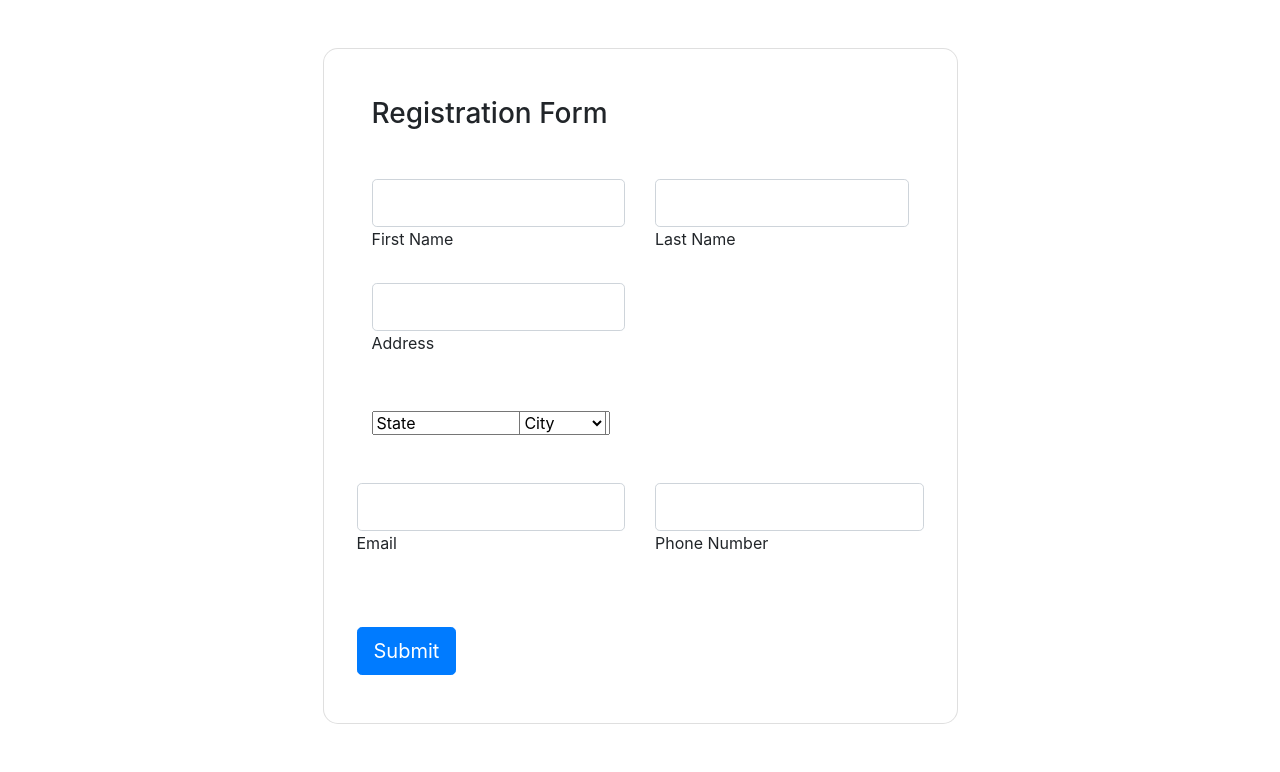
Repository: KeithKeithZ/libapp
Page: http://localhost/userRegister
The author's editor kept a copy of each file at every save. The page is drawn from the files as they stood at one save, then again after the next save.
The browser window is 1280 px wide. The pictures show the whole page.
The page is served by the project's Laravel application, run on PHP 8.4 with Laravel 8.

Above is the page before, as saved 2021-12-03 12:55:06.

After the next save:
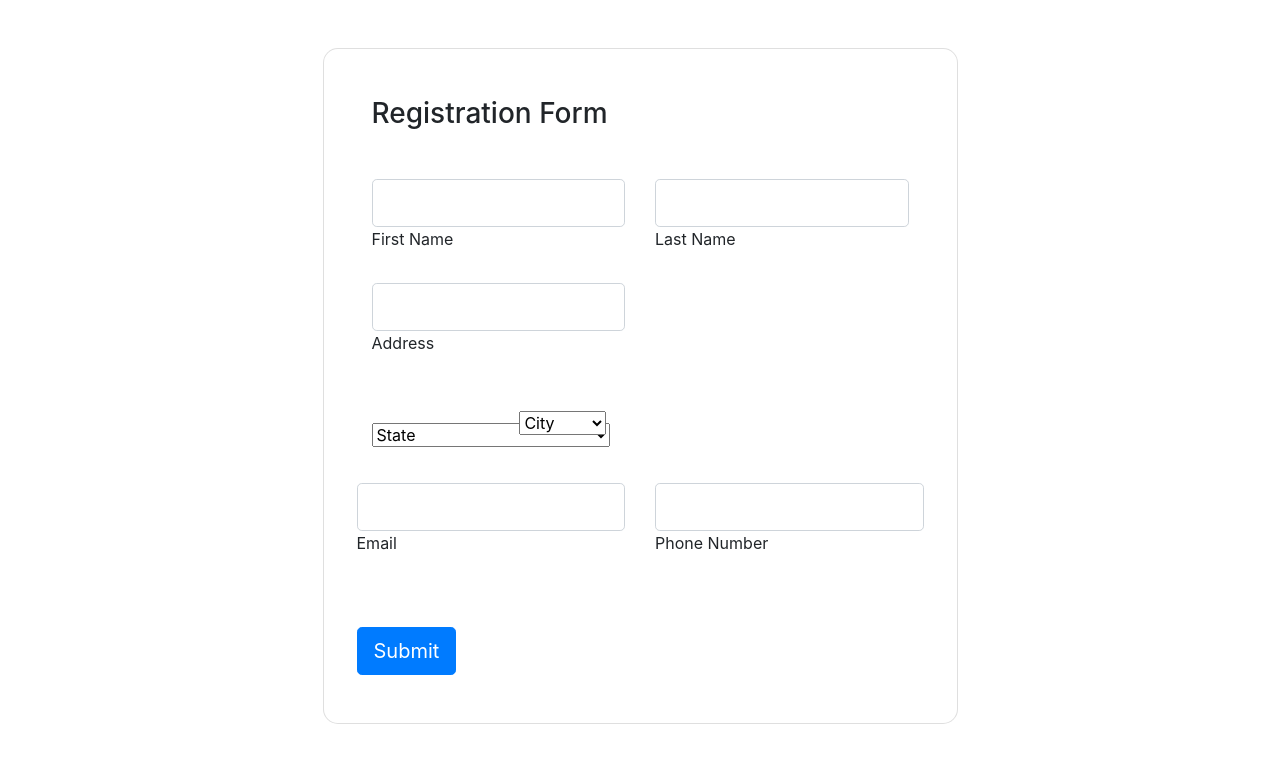
Saved 3 min 29 s later.
--- a/resources/views/userRegister.blade.php
+++ b/resources/views/userRegister.blade.php
@@ -50,7 +50,7 @@
 
                         <div class="row">
                             <div class="col-md-6 mb-4 d-flex align-items-center">
-                                <div class="col-md-10 mb-4">
+                                <div class="col-md-10 mb-6">
                                     <select>
                                         <option value="1">State</option>
                                         <option value="2">Alberta</option>
